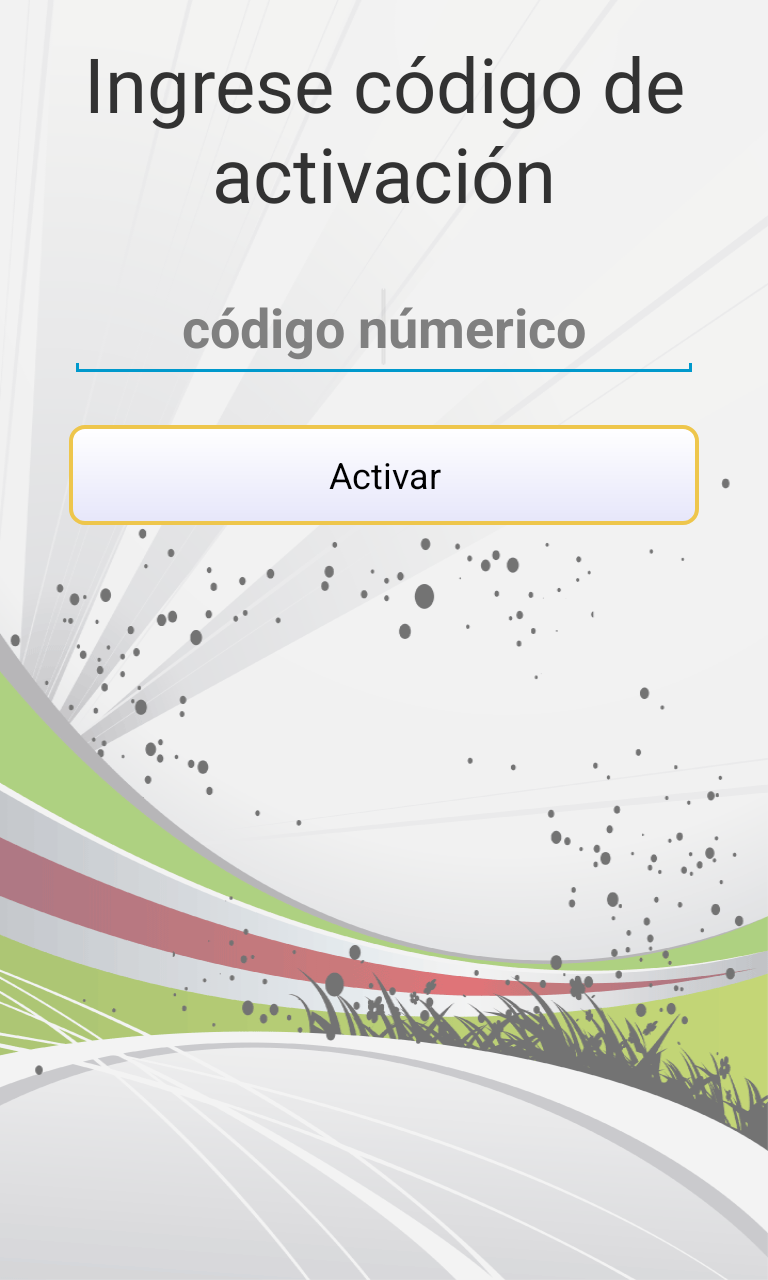
Repository: jtails/NotifMundial
Layout: Android/CODIGO_APILEVEL14/workspace/Golmania/res/layout/activity_login.xml
The author's editor kept a copy of each file at every save. The layout is drawn from the files as they stood at one save, then again after the next save.
It is drawn on a 768 x 1280 px phone screen (xhdpi) without system bars, with theme AppTheme; the app's code is not run.

Above is the layout before, as saved 2014-04-18 17:40:36.

### Android/CODIGO_APILEVEL14/workspace/Golmania/res/layout/activity_login.xml
<RelativeLayout xmlns:android="http://schemas.android.com/apk/res/android"
    xmlns:tools="http://schemas.android.com/tools"
    android:layout_width="match_parent"
    android:layout_height="match_parent"
    android:paddingBottom="@dimen/activity_vertical_margin"
    android:paddingLeft="@dimen/activity_horizontal_margin"
    android:paddingRight="@dimen/activity_horizontal_margin"
    android:paddingTop="@dimen/activity_vertical_margin"
    tools:context=".LoginActivity" >

    <Button
        android:id="@+id/button1"
        android:layout_width="wrap_content"
        android:layout_height="50sp"
        android:layout_alignLeft="@+id/login_ingrese_codigo"
        android:layout_alignRight="@+id/login_ingrese_codigo"
        android:layout_below="@+id/login_ingrese_codigo"
        android:layout_marginTop="23dp"
        android:background="@drawable/shape_gradiente_blanco"
        android:onClick="onClick"
        android:text="@string/boton_activar" />

    <TextView
        android:id="@+id/textView1"
        android:layout_width="wrap_content"
        android:layout_height="wrap_content"
        android:layout_alignParentLeft="true"
        android:layout_alignParentRight="true"
        android:layout_alignParentTop="true"
        android:gravity="center"
        android:text="@string/ingrese_codigo"
        android:textSize="38sp" />

    <EditText
        android:id="@+id/login_ingrese_codigo"
        android:layout_width="wrap_content"
        android:layout_height="wrap_content"
        android:layout_below="@+id/textView1"
        android:layout_centerHorizontal="true"
        android:layout_marginTop="26dp"
        android:ems="10"
        android:gravity="center_horizontal"
        android:hint="@string/login_ingrese_codigo_hint"
        android:inputType="number"
        android:singleLine="true"
        android:textColor="#000000"
        android:textSize="27sp"
        android:textStyle="bold"
        >

        <requestFocus />
    </EditText>

</RelativeLayout>

### Android/CODIGO_APILEVEL14/workspace/Golmania/res/values/styles.xml
<resources xmlns:android="http://schemas.android.com/apk/res/android">

    <!--
        Base application theme, dependent on API level. This theme is replaced
        by AppBaseTheme from res/values-vXX/styles.xml on newer devices.



    -->
    <style name="AppBaseTheme" parent="android:Theme.Light">
        <!--
            Theme customizations available in newer API levels can go in
            res/values-vXX/styles.xml, while customizations related to
            backward-compatibility can go here.



        -->
    </style>

    <!-- Application theme. -->
    <style name="AppTheme" parent="AppBaseTheme">
        <!-- All customizations that are NOT specific to a particular API-level can go here. -->
        <item name="android:windowBackground">@drawable/fondo</item>
    </style>

    <!-- Tema del mundial -->
    <style name="AppBaseMundial">
        <item name="android:textColor">#458B00</item>
        <item name="android:textSize">12sp</item>
    </style>

    <!-- Cross App -->
    <style name="ImgPublicidad">
        <item name="android:layout_width">match_parent</item>
        <item name="android:layout_height">0dp</item>
        <item name="android:layout_weight">1</item>
    </style>
    <!-- Estilo para los grid layout de la pantalla de grupo -->
    <style name="FrameGrupo">
        <item name="android:layout_width">0dp</item>
        <item name="android:layout_height">wrap_content</item>
        <item name="android:layout_weight">1</item>

    </style>

    <style name="GridGrupos">
        <!-- item name="android:background">@drawable/shape_gradiente_blanco</item-->
        <item name="android:layout_gravity">center_horizontal|top</item>
        <item name="android:columnCount">2</item>
    </style>

    <style name="BotonGrupos">
        <item name="android:textColor">#FFFFFF</item>
        <item name="android:textSize">22sp</item>
        <item name="android:layout_gravity">fill_horizontal</item>
        <item name="android:background">@android:color/transparent</item>
    </style>

    <style name="LabelEquipos" parent="AppBaseMundial">
        <item name="android:paddingLeft">10sp</item>
        <item name="android:textSize">14sp</item>
        <item name="android:textStyle">bold</item>
    </style>

    <!-- Estilo para la pantalla de Estadisticos -->
    <!-- template puntos equipo linear layout IMG-EQUIPO-PUNTOS -->
    <style name="Subtitulo" parent="AppBaseMundial">
        <item name="android:textSize">22sp</item>
        <item name="android:textStyle">normal</item>
    </style>

    <style name="LabelEquipoEstadisticos" parent="LabelEquipos">
        <item name="android:background">@drawable/shape_gradiente_blanco</item>
        <item name="android:textSize">20sp</item>
    </style>

    <style name="LabelPuntosEstadisticos">
        <item name="android:textSize">22sp</item>
        <item name="android:textStyle">bold</item>
        <item name="android:textColor">#7EBB32</item>
    </style>
    <style name="LabelEliminatorias">
        <item name="android:textSize">24sp</item>
        <item name="android:textStyle">bold</item>
        <item name="android:textColor">#808080</item>
    </style>
    <!-- estilos para la tabla de estadisticas -->
    <!-- titulos rojos PJ G E P GF GC -->
    <style name="CabeceraTabla">
        <item name="android:padding">8sp</item>
        <item name="android:textSize">13sp</item>
        <item name="android:textStyle">bold</item>
        <item name="android:layout_width">wrap_content</item>
        <item name="android:layout_height">wrap_content</item>
        <item name="android:layout_gravity">fill</item>
    </style>
    <!-- los valores de la tabla -->
    <style name="LabelEstadisticos">
        <!--item name="android:paddingTop">8sp</item-->
        <item name="android:paddingBottom">12sp</item>
        <item name="android:paddingLeft">10sp</item>
        <item name="android:paddingRight">10sp</item>
        <item name="android:textSize">16sp</item>
        <item name="android:layout_width">wrap_content</item>
        <item name="android:layout_height">wrap_content</item>
        <item name="android:layout_gravity">fill</item>
        <item name="android:textColor">#FFFFFF</item>
    </style>

    <style name="Contraste" parent="LabelEstadisticos">
        <item name="android:background">#D8D8D8</item>
    </style>
    <!-- COLUMNA EQUIPO EN LA TABLA DE ESTADISTICOS -->
    <style name="LabelShortEquipos">
        <item name="android:textSize">20sp</item>
        <item name="android:textColor">#FFFFFF</item>
        <item name="android:textStyle">bold</item>
        <item name="android:paddingRight">20sp</item>
    </style>

    <!-- Estilo para el calendario de equipos -->
    <style name="HoraFecha" parent="AppBaseMundial">
        <item name="android:textSize">16sp</item>
        <item name="android:textStyle">bold</item>
    </style>

    <style name="LugarPartido" parent="AppBaseMundial">
        <item name="android:textStyle">bold</item>
        <item name="android:textSize">12sp</item>
    </style>

    <!-- Estilo para la pantalla de gol -->
    <style name="TextGol">
        <item name="android:layout_width">match_parent</item>
        <item name="android:layout_height">wrap_content</item>
        <item name="android:textSize">32sp</item>
        <!-- item name="android:textStyle">bold</item -->
        <item name="android:textColor">#186A16</item>
    </style>

    <style name="GolesEquipo">
        <item name="android:gravity">center</item>
        <item name="android:textSize">80sp</item>
        <item name="android:layout_gravity">fill|right</item>
    </style>

    <style name="GolNombreEquipo">
        <item name="android:textSize">19sp</item>
        <item name="android:gravity">center</item>
        <item name="android:layout_gravity">fill|right</item>
    </style>

</resources>

### Android/CODIGO_APILEVEL14/workspace/Golmania/res/drawable/shape_gradiente_blanco.xml
<?xml version="1.0" encoding="utf-8"?>
<shape xmlns:android="http://schemas.android.com/apk/res/android" >
     <stroke  android:width="2dp" android:color="#EEC64C" />

    <!--solid android:color="#FFFFFF"/-->

    <gradient android:startColor="#E6E6FA" android:endColor="#FFFFFF"
            android:angle="90"/>

    <corners android:topLeftRadius="7dp" android:topRightRadius="7dp"
        android:bottomLeftRadius="7dp" android:bottomRightRadius="7dp"/>

</shape>

### Android/CODIGO_APILEVEL14/workspace/Golmania/res/values/strings.xml
<?xml version="1.0" encoding="utf-8"?>
<resources>

    <string name="app_name">Golmania</string>
    <string name="action_settings">Settings</string>
    <string name="hello_world">Hello world!</string>
    <string name="drawer_open">Open navigation drawer</string>
    <string name="drawer_close">Close navigation drawer</string>
    <string name="action_websearch">Web search</string>
    <string name="app_not_available">Sorry, there\'s no web browser available</string>
    <string name="img_log_desc">logo mundial brasil</string>
    <string name="title_activity_grupos">Grupos</string>
    <string name="title_activity_calendario">CalendarioActivity</string>
    <string name="title_activity_gol">GolActivity</string>
    <string name="estadisticas">Estadísticas</string>
    <string name="p_jugados">PJ</string>
    <string name="p_ganados">G</string>
    <string name="p_empatados">E</string>
    <string name="p_perdidos">P</string>
    <string name="goles_favor">GF</string>
    <string name="goles_contra">GC</string>
    <string name="puntos">Pts</string>
    <string name="proximos_partidos">Próximos Partidos</string>
    <string name="posibles_partidos">Posibles Partidos</string>
    <string name="grupo_a">GRUPO A</string>
    <string name="grupo_b">GRUPO B</string>
    <string name="grupo_c">GRUPO C</string>
    <string name="grupo_d">GRUPO D</string>
    <string name="grupo_e">GRUPO E</string>
    <string name="grupo_f">GRUPO F</string>
    <string name="grupo_g">GRUPO G</string>
    <string name="grupo_h">GRUPO H</string>
    <string name="historia">Historia</string>

    <string-array name="grupo_a_array">
        <item>Brasil</item>
        <item>Croacia</item>
        <item>México</item>
        <item>Camerún</item>
    </string-array>
    <string-array name="grupo_b_array">
        <item>España</item>
        <item>Holanda</item>
        <item>Chile</item>
        <item>Australia</item>
    </string-array>
    <string-array name="grupo_c_array">
        <item>Colombia</item>
        <item>Grecia</item>
        <item>C.Marfil</item>
        <item>Japón</item>
    </string-array>
    <string-array name="grupo_d_array">
        <item>Uruguay</item>
        <item>Costa Rica</item>
        <item>Inglaterra</item>
        <item>Italia</item>
    </string-array>
    <string-array name="grupo_e_array">
        <item>Suiza</item>
        <item>Ecuador</item>
        <item>Francia</item>
        <item>Honduras</item>
    </string-array>
    <string-array name="grupo_f_array">
        <item>Argentina</item>
        <item>Bosnia</item>
        <!-- Bosnia y Herzegovina -->
        <item>Irán</item>
        <item>Nigeria</item>
    </string-array>
    <string-array name="grupo_g_array">
        <item>Alemania</item>
        <item>Portugal</item>
        <item>Ghana</item>
        <item>U.S.A</item>
        <!-- Estados Unidos -->
    </string-array>
    <string-array name="grupo_h_array">
        <item>Bélgica</item>
        <item>Argelia</item>
        <item>Rusia</item>
        <item>Korea</item>
        <!-- República de Korea -->
    </string-array>

    <string name="title_activity_login">Golmania</string>
    <string name="ingrese_codigo">Ingrese código de activación</string>
    <string name="boton_activar">Activar</string>
    <string name="login_ingrese_codigo_hint">código númerico</string>

</resources>

Loaded but not shown: Android/CODIGO_APILEVEL14/workspace/Golmania/res/values-v11/styles.xml (common file); Android/CODIGO_APILEVEL14/workspace/Golmania/res/values-v14/styles.xml (common file); Android/CODIGO_APILEVEL14/workspace/Golmania/res/values/dimens.xml (common file)

After the next save:
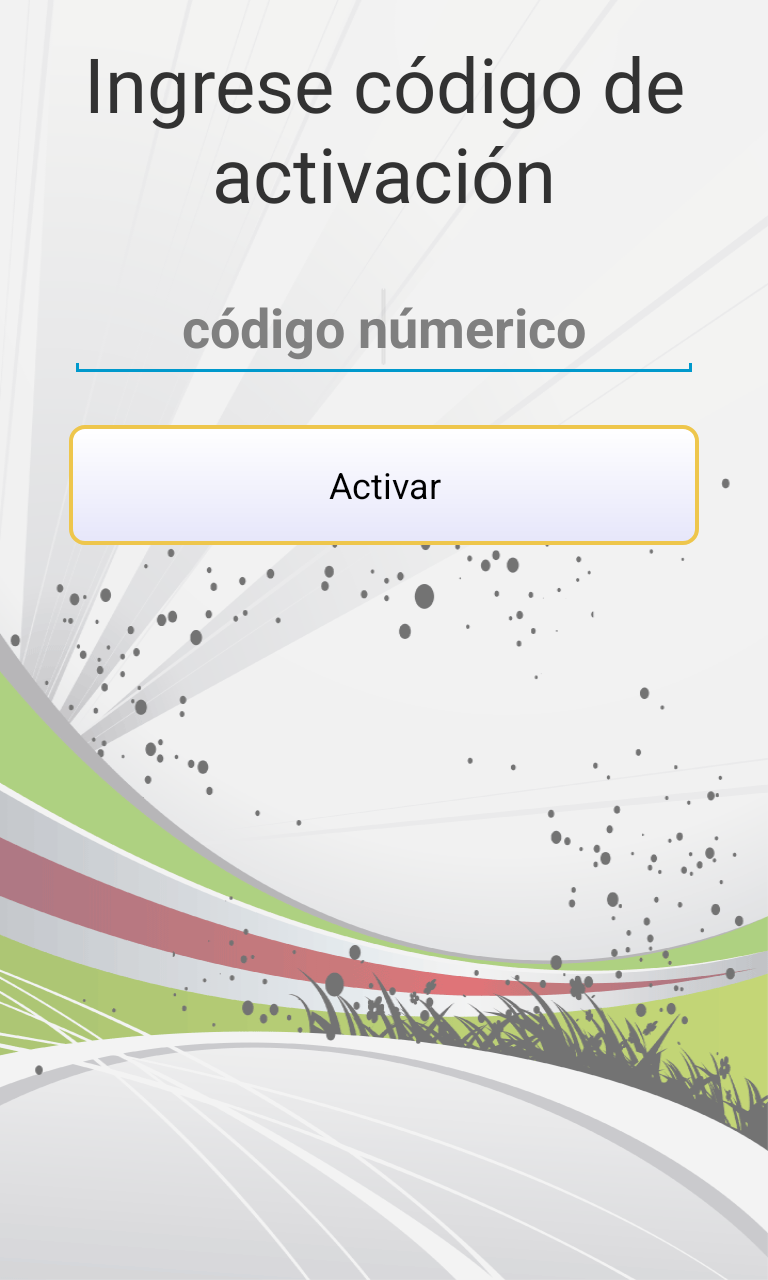
Saved 9 s later.
--- a/Android/CODIGO_APILEVEL14/workspace/Golmania/res/layout/activity_login.xml
+++ b/Android/CODIGO_APILEVEL14/workspace/Golmania/res/layout/activity_login.xml
@@ -11,7 +11,7 @@
     <Button
         android:id="@+id/button1"
         android:layout_width="wrap_content"
-        android:layout_height="50sp"
+        android:layout_height="60sp"
         android:layout_alignLeft="@+id/login_ingrese_codigo"
         android:layout_alignRight="@+id/login_ingrese_codigo"
         android:layout_below="@+id/login_ingrese_codigo"
